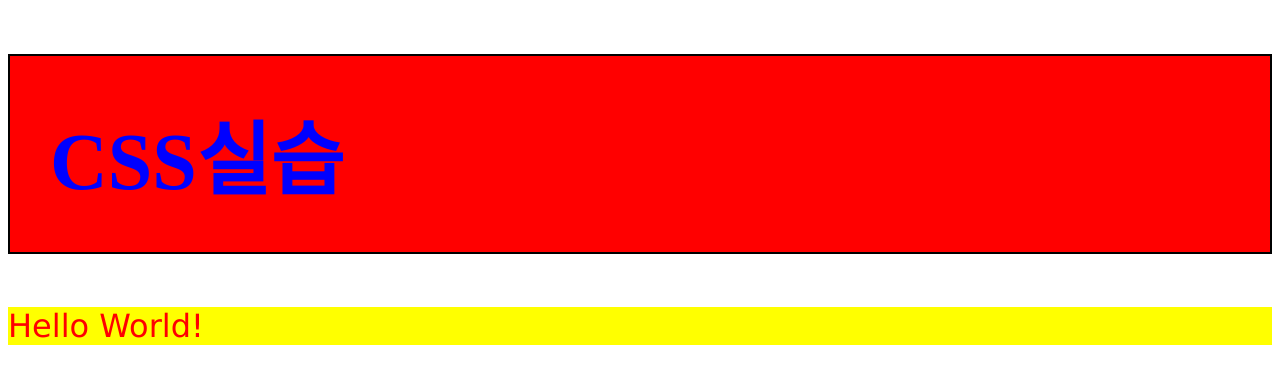
Repository: ashojm/WebWork
Page: Web/first.html
An editor plug-in stored every save of this project. The page is shown before and after the next save, followed by the edit.
The browser window is 1280 px wide. The pictures show the whole page.

Above is the page before, as saved 2015-11-12 16:13:12.

### Web/first.html
<!DOCTYPE html>
<html>
	<head>
		<meta charset="UTF-8">
		<link rel="stylesheet" href="css/base.css"/>
		<title>제목입니다.</title>
	</head>
	<body>
		<h1>CSS실습</h1>
		<p>
			Hello World!
		</p>

	</body>
</html>

### Web/css/base.css
h1{color:#0000FF;font-family:serif;font-size:500%;background-color:red;border:2px solid black;padding:40px}
p {color:red;font-size:200%;font-family:Verdana;background-color:yellow}

After the next save:
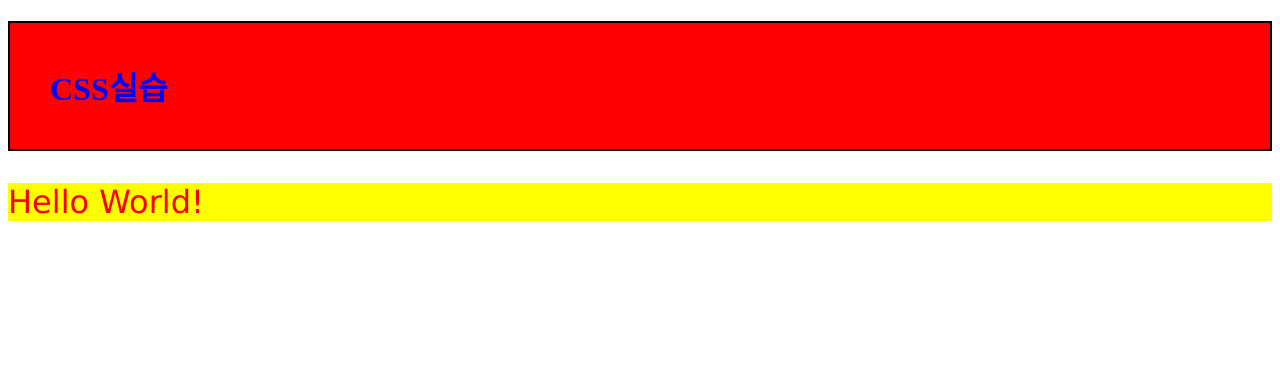
Saved 9 s later.
--- a/Web/css/base.css
+++ b/Web/css/base.css
@@ -1,2 +1,2 @@
-h1{color:#0000FF;font-family:serif;font-size:500%;background-color:red;border:2px solid black;padding:40px}
+h1{color:#0000FF;font-family:serif;font-size:200%;background-color:red;border:2px solid black;padding:40px}
 p {color:red;font-size:200%;font-family:Verdana;background-color:yellow}
